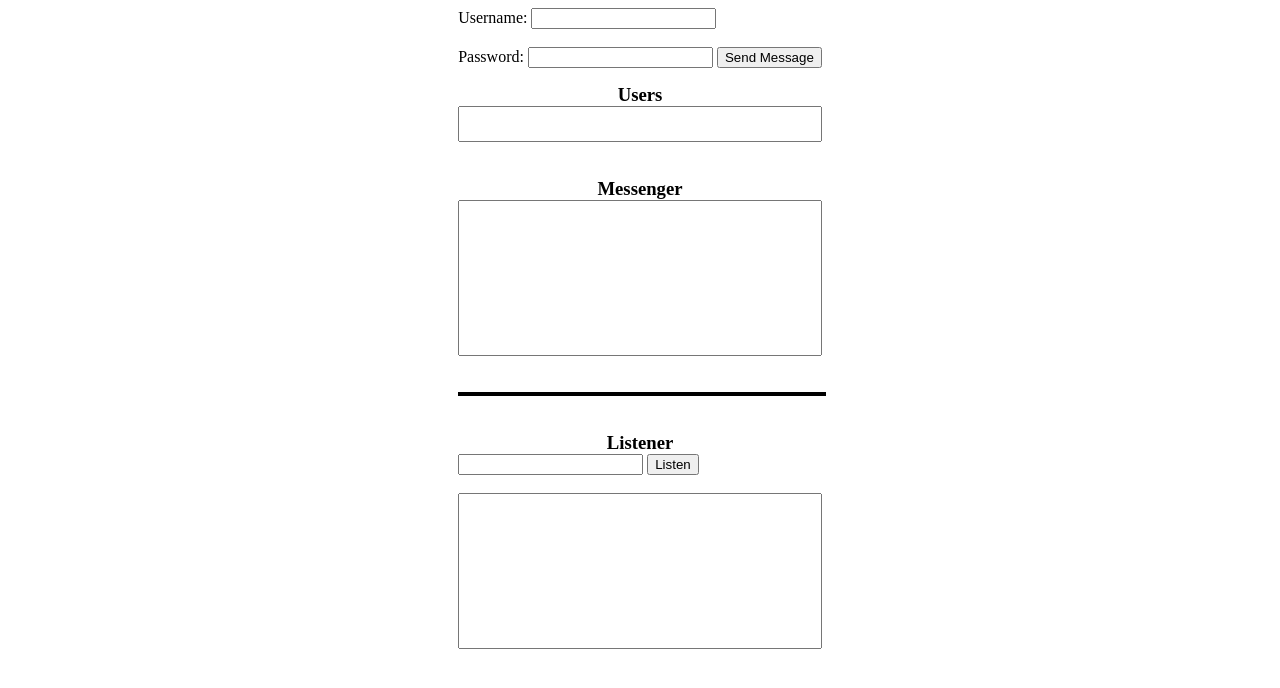
Repository: hosua/it-202
Page: http://localhost/
The author's editor kept a copy of each file at every save. The page is drawn from the files as they stood at one save, then again after the next save.
The browser window is 1280 px wide. The pictures show the whole page.
The page is run by PHP 8.4 with error messages shown; the project is at /var/www/html/. Queries for data that is not in the repository find no rows.

Above is the page before, as saved 2022-12-02 05:34:53.

### assign5/index.php
<html>
<div class="container">
    <?php
include 'info.php';

ini_set("display_errors", 1); // debugging
ini_set("display_startup_errors", 1); // debugging

if (mysqli_connect_errno()) {
    echo "Failed to connect to MySQL: " . mysqli_connect_error();
    exit();
}
?>

    <form method=post action="index.php">
        <label for=user>Username: </label>
        <input type=text id=user name=user>
        <br> <br>
        <label for=pass>Password: </label>
        <input type=password id=pass name=pass>
        <input type="submit" value="Send Message">
    </form>

    <h3 style="margin: auto;"> Users </h3>
    <!-- User list -->
    <textarea readonly id=active-users name=active-users cols=20 rows=2>
<?php
$sql = "SELECT * FROM Users;";
$query_res = $conn->query($sql);
while ($row = $query_res->fetch_assoc()) {
    echo $row['username'] . " ";
}
?>
</textarea>
    <!-- Messenger -->
    <br> <br>
    <h3 style="margin: auto;"> Messenger </h3>
<textarea id=messenger name=messenger cols=40 rows=10>
<?php
// keyup event => ajax behavior
// 1st group of ajax functions -- http1 object & functions
// content copied to database, php does SQL update
?>
</textarea>
    <br> <br>
    <span class=warning id=warning>
<?php
    // error message here if user fails to login
?>
    </span>
    <br> <br>
    <!-- Listener -->
    <h3 style="margin: auto;"> Listener </h3>
    <label for=listener-name>
        <input type=text id=listener-name name=listener-name>
        <button type=button id=listener-button>Listen</button>
        <br> <br>
    <textarea id=listener name=listener cols=40 rows=10>
    </textarea>
</div> <!-- listener-container -->

<link rel="stylesheet" href="styles.css">

</html>

### assign5/info.php
<?php
	session_start();
	$dbserver= "localhost";
	$dbuser= "hoswoo";
	$dbpass = "m1z0m1z0";
	$dbname = "it202";

	$active_page = basename($_SERVER["PHP_SELF"], ".php");

	// This is how to make a .php page unvisitable.
	// User should never be able to visit this page since it only holds information and functions.
	if ( $_SERVER['REQUEST_METHOD']=='GET' && realpath(__FILE__) == realpath( $_SERVER['SCRIPT_FILENAME'] ) ) {
		header("location: index.php");
	}

	$conn = mysqli_connect($dbserver,$dbuser,$dbpass,$dbname);
	if (mysqli_connect_errno()){ echo "Failed to connect to MySQL: " . mysqli_connect_error(); exit(); }
?>

<link rel="stylesheet" href="styles.css">

### assign5/styles.css
.warning {
    border: 2px solid black;
    background-color: red;
    position: relative;
    width: 100%;
}

.container {
    display: grid;
    justify-content: center;
    align-items: center;
}

#active-users {
    resize: none;
}

#messenger {
    resize: none;
}

#listener {
    position: relative;
    width: 100%;
    resize: none;
}

After the next save:
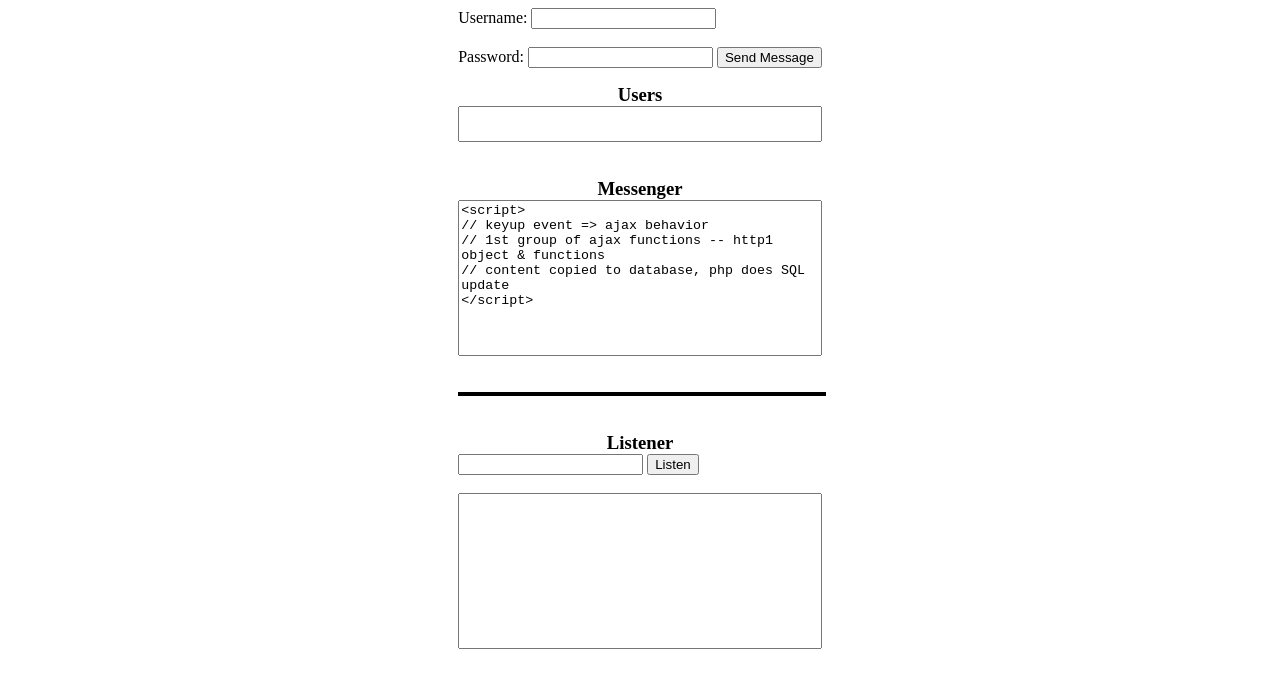
Saved 5 min 27 s later.
--- a/assign5/index.php
+++ b/assign5/index.php
@@ -36,11 +36,11 @@ while ($row = $query_res->fetch_assoc()) {
     <br> <br>
     <h3 style="margin: auto;"> Messenger </h3>
 <textarea id=messenger name=messenger cols=40 rows=10>
-<?php
+<script>
 // keyup event => ajax behavior
 // 1st group of ajax functions -- http1 object & functions
 // content copied to database, php does SQL update
-?>
+</script>
 </textarea>
     <br> <br>
     <span class=warning id=warning>
